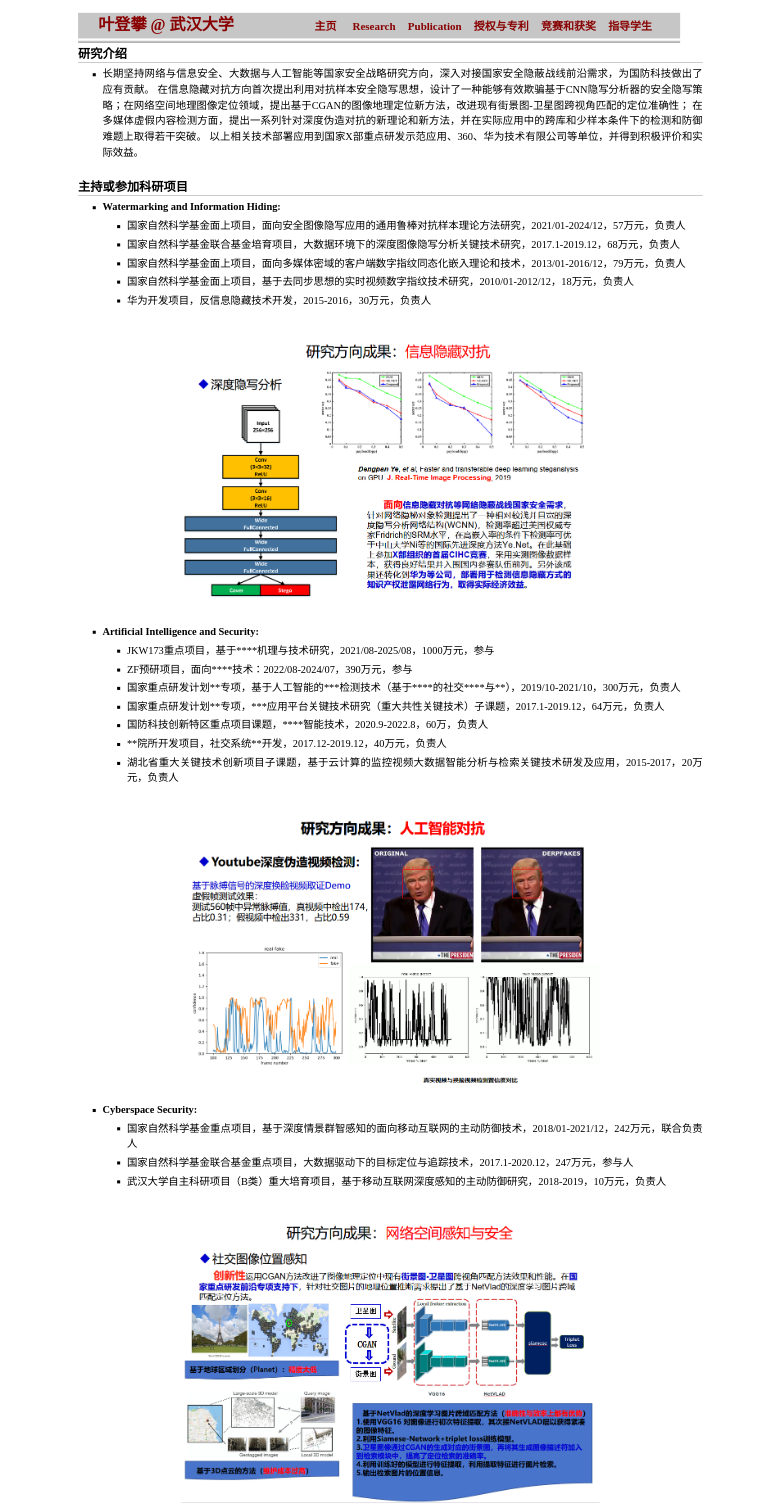
Repository: yedengpan/yedengpan.github.io
Page: research.html
An editor plug-in stored every save of this project. The page is shown before and after the next save, followed by the edit.
The browser window is 1280 px wide. The pictures show the whole page, at 61% of full size.

Above is the page before, as saved 2023-12-04 15:00:35.
Console error: SyntaxError: Unexpected token '%'

### research.html
<!DOCTYPE html PUBLIC "-//W3C//DTD XHTML 1.1//EN" "http://www.w3.org/TR/xhtml11/DTD/xhtml11.dtd">
<html xmlns="http://www.w3.org/1999/xhtml" xml:lang="en">
<head>
    <meta http-equiv="Content-Type" content="text/html; charset=UTF-8" />
    <meta name="generator" content="jemdoc, see http://jemdoc.jaboc.net/" />

    <link rel="stylesheet" href="./source_files/jemdoc.css" type="text/css" />
    <title>主持或参加科研项目</title>
    <script type="text/javascript" src="./source_files/jquery-1.12.4.min.js"></script>
    <script src="./source_files/main.js"></script>
    <title>插入图片</title>
    <style>
        .center-image {
            display: block;
            margin: 0 auto;
            width: 67%;
        }
    </style>

    <style>
        .container {
            display: flex;
            align-items: stretch;
        }

        .left-image {
            flex-basis: 70%; /* 左边图片占据 70% 的宽度 */
        }

        .right-images {
            flex-basis: 30%; /* 右边图片占据 30% 的宽度 */
            display: flex;
            flex-direction: column;
        }

        .right-image {
            flex-grow: 1;
            margin-bottom: 10px;
        }
    </style>

</head>
<body class="my-body">
    <div id="layout-content">

        <div id="toptitle">
            <h1 width=100% id="home">
                &nbsp;&nbsp;&nbsp;&nbsp;
                <font color="#880000">叶登攀 @ 武汉大学</font>
                &nbsp;&nbsp;&nbsp;&nbsp;&nbsp;&nbsp;&nbsp;&nbsp;&nbsp;&nbsp;&nbsp;&nbsp;&nbsp;&nbsp;&nbsp;&nbsp;&nbsp;&nbsp;
                <a href="./index.html"><font color="#880000" size="4.0px">主页</font></a>
                &nbsp;&nbsp;
                <a href="./research.html"><font color="#880000" size="4.0px">Research &nbsp;&nbsp;</font></a>
                <a href="./publication.html"><font color="#880000" size="4.0px">Publication &nbsp;&nbsp;</font></a>
                <a href="./patent.html"><font color="#880000" size="4.0px">授权与专利 &nbsp;&nbsp;</font></a>
                <a href="./awards.html"><font color="#880000" size="4.0px">竞赛和获奖 &nbsp;&nbsp;</font></a>
                <a href="./student.html"><font color="#880000" size="4.0px">指导学生 &nbsp;&nbsp;</font></a>                &nbsp;&nbsp;&nbsp;&nbsp;
            </h1>
        </div>

        <br /> <br />

        <h2>研究介绍</h2>

        <ul>
            <li>
                <p style="text-align:justify;">
                    长期坚持网络与信息安全、大数据与人工智能等国家安全战略研究方向，深入对接国家安全隐蔽战线前沿需求，为国防科技做出了应有贡献。
                    在信息隐藏对抗方向首次提出利用对抗样本安全隐写思想，设计了一种能够有效欺骗基于CNN隐写分析器的安全隐写策略；在网络空间地理图像定位领域，提出基于CGAN的图像地理定位新方法，改进现有街景图-卫星图跨视角匹配的定位准确性；
                    在多媒体虚假内容检测方面，提出一系列针对深度伪造对抗的新理论和新方法，并在实际应用中的跨库和少样本条件下的检测和防御难题上取得若干突破。
                    以上相关技术部署应用到国家X部重点研发示范应用、360、华为技术有限公司等单位，并得到积极评价和实际效益。

                </p>
            </li>
        </ul>



        <h2>主持或参加科研项目</h2>
        <ul>
            <!--            <li><p style="text-align:justify;"><b>Image Processing and Steganalysis:</b></p></li>
        -->
            <li><p style="text-align:justify;"><b>Watermarking and Information Hiding:</b></p></li>
            <ul>
                <li><p style="text-align:justify;"> 国家自然科学基金面上项目，面向安全图像隐写应用的通用鲁棒对抗样本理论方法研究，2021/01-2024/12，57万元，负责人</p></li>
                <li><p style="text-align:justify;"> 国家自然科学基金联合基金培育项目，大数据环境下的深度图像隐写分析关键技术研究，2017.1-2019.12，68万元，负责人</p></li>
                <li><p style="text-align:justify;"> 国家自然科学基金面上项目，面向多媒体密域的客户端数字指纹同态化嵌入理论和技术，2013/01-2016/12，79万元，负责人</p></li>
                <li><p style="text-align:justify;"> 国家自然科学基金面上项目，基于去同步思想的实时视频数字指纹技术研究，2010/01-2012/12，18万元，负责人</p></li>

                <li><p style="text-align:justify;"> 华为开发项目，反信息隐藏技术开发，2015-2016，30万元，负责人</p></li>
            </ul>
        </ul>
        <img class="center-image" src="./source_files/111.png" alt="information_hiding" />

        <ul>
            <li><p style="text-align:justify;"><b>Artificial Intelligence and Security:</b></p></li>
            <ul>
                <li><p style="text-align:justify;"> JKW173重点项目，基于****机理与技术研究，2021/08-2025/08，1000万元，参与</p></li>
                <li><p style="text-align:justify;"> ZF预研项目，面向****技术：2022/08-2024/07，390万元，参与</p></li>
                <li><p style="text-align:justify;"> 国家重点研发计划**专项，基于人工智能的***检测技术（基于****的社交****与**），2019/10-2021/10，300万元，负责人</p></li>

                <li><p style="text-align:justify;"> 国家重点研发计划**专项，***应用平台关键技术研究（重大共性关键技术）子课题，2017.1-2019.12，64万元，负责人</p></li>
                <li><p style="text-align:justify;"> 国防科技创新特区重点项目课题，****智能技术，2020.9-2022.8，60万，负责人</p></li>
                <li><p style="text-align:justify;"> **院所开发项目，社交系统**开发，2017.12-2019.12，40万元，负责人</p></li>

                <li><p style="text-align:justify;"> 湖北省重大关键技术创新项目子课题，基于云计算的监控视频大数据智能分析与检索关键技术研发及应用，2015-2017，20万元，负责人</p></li>
            </ul>
        </ul>
        <img class="center-image" src="./source_files/222.png" alt="artificial_security" />

        <ul>
            <li><p style="text-align:justify;"><b> Cyberspace Security:</b></p></li>
            <ul>
                <li><p style="text-align:justify;"> 国家自然科学基金重点项目，基于深度情景群智感知的面向移动互联网的主动防御技术，2018/01-2021/12，242万元，联合负责人</p></li>
                <li><p style="text-align:justify;"> 国家自然科学基金联合基金重点项目，大数据驱动下的目标定位与追踪技术，2017.1-2020.12，247万元，参与人</p></li>
                <li><p style="text-align:justify;"> 武汉大学自主科研项目（B类）重大培育项目，基于移动互联网深度感知的主动防御研究，2018-2019，10万元，负责人</p></li>

            </ul>
        </ul>
        <img class="center-image" src="./source_files/333.png" alt="cyberspace_security" />

    </div>
</body>
</html>

### source_files/jemdoc.css
/* Default css file for jemdoc. */

table#tlayout {
    border: none;
    border-collapse: separate;
    background: white;
}

/*body.my-body {
	background: white;*/
	/*	font-family: Georgia, serif;*/
	/*font-family: "Times New Roman", Sans-serif, Serif, Arial, Helvetica, sans-serif;
	padding-bottom: 8px;
	margin: 0;
	text-align: center;
}*/


/* 设置英文文字的字体样式 */
:lang(en) {
	font-family: "Arial", sans-serif;
}

/* 排除其他语言的文字样式设置 */
:not(:lang(en)) {
	font-family: inherit;
}


#layout-menu {
	background: #f6f6f6;
	border: 1px solid #dddddd;
	padding-top: 0.5em;
	padding-left: 8px;
	padding-right: 8px;
	font-size: 1.0em;
	width: auto;
	white-space: nowrap;
    text-align: left;
    vertical-align: top;
}

#layout-menu td {
	background: #f4f4f4;
    vertical-align: top;
}

#layout-content {
	padding-top: 0.0em;
	padding-left: 1.0em;
	padding-right: 1.0em;
    border: none;
    background: white;
    text-align: left;
    vertical-align: top;
    /* width:950px; */
    width:1024px;
	/* width:1024px; */
    margin: auto;
}

#layout-menu a {
	line-height: 1.5em;
	margin-left: 0.5em;
}

tt {
    background: #ffffdd;
}

pre, tt {
	font-size: 90%;
	font-family: monaco, monospace;
}

a, a > tt {
	/*color: #0000FF;*/
  color: #0055AA;
	text-decoration: none;
}

a:hover {
	border-bottom: 1px gray dotted;
}

#layout-menu a.current:link, #layout-menu a.current:visited {
	color: #022b6d;
	border-bottom: 1px gray solid;
}
#layout-menu a:link, #layout-menu a:visited, #layout-menu a:hover {
	color: #527bbd;
	text-decoration: none;
}
#layout-menu a:hover {
	text-decoration: none;
}

div.menu-category {
	border-bottom: 1px solid gray;
	margin-top: 0.8em;
	padding-top: 0.2em;
	padding-bottom: 0.1em;
	font-weight: bold;
}

div.menu-item {
	padding-left: 16px;
	text-indent: -16px;
}

div#toptitle {
	padding-bottom: 0.2em;
	margin-bottom: 1.5em;
	border-bottom: 3px double gray;
  position:fixed;

}

/* Reduce space if we begin the page with a title. */
div#toptitle + h2, div#toptitle + h3 {
	margin-top: -0.7em;
}

div#subtitle {
	margin-top: 0.0em;
	margin-bottom: 0.0em;
	padding-top: 0em;
	padding-bottom: 0.1em;
}

em {
	font-style: italic;
}

strong {
	font-weight: bold;
}


h1, h2, h3 {
	color: #000000;
	margin-top: 0.9em;
	margin-bottom: 0.3em;
	padding-bottom: 0.2em;
	line-height: 1.0;
	padding-top: 0.5em;
	border-bottom: 1px solid #aaaaaa;
}

h1 {
	font-size: 165%;
  /*background: #003366;*/
  background: #C7C6C6;
  line-height: 1.5;
}

h2 {
	padding-top: 0.8em;
	font-size: 125%;
}

h2 + h3 {
    padding-top: 0.2em;
}

h3 {
	font-size: 110%;
	border-bottom: none;
}

p {
	margin-top: 0.0em;
	margin-bottom: 0.8em;
	padding: 0;
	line-height: 1.5;
  /*size of font in body*/
  font-size: 17px;
}

pre {
	padding: 0;
	margin: 0;
}

div#footer {
	font-size: small;
	border-top: 1px solid #c0c0c0;
	padding-top: 0.1em;
	margin-top: 4.0em;
	color: #c0c0c0;
}

div#footer a {
	color: #80a0b0;
}

div#footer-text {
	float: left;
	padding-bottom: 8px;
}

ul, ol, dl {
	margin-top: 0.2em;
	padding-top: 0;
	margin-bottom: 0.8em;
}

dt {
	margin-top: 0.5em;
	margin-bottom: 0;
}

dl {
	margin-left: 20px;
}

dd {
	color: #222222;
}

dd > *:first-child {
	margin-top: 0;
}

ul {
	list-style-position: outside;
	list-style-type: square;
}

p + ul, p + ol {
	margin-top: -0.5em;
}

li ul, li ol {
	margin-top: -0.3em;
}

ol {
	list-style-position: outside;
	list-style-type: decimal;
}

li p, dd p {
	margin-bottom: 0.3em;
}


ol ol {
	list-style-type: lower-alpha;
}

ol ol ol {
	list-style-type: lower-roman;
}

p + div.codeblock {
	margin-top: -0.6em;
}

div.codeblock, div.infoblock {
	margin-right: 0%;
	margin-top: 1.2em;
	margin-bottom: 1.3em;
}

div.blocktitle {
	font-weight: bold;
	color: #cd7b62;
	margin-top: 1.2em;
	margin-bottom: 0.1em;
}

div.blockcontent {
	border: 1px solid silver;
	padding: 0.3em 0.5em;
}

div.infoblock > div.blockcontent {
	background: #ffffee;
}

div.blockcontent p + ul, div.blockcontent p + ol {
	margin-top: 0.4em;
}

div.infoblock p {
	margin-bottom: 0em;
}

div.infoblock li p, div.infoblock dd p {
	margin-bottom: 0.5em;
}

div.infoblock p + p {
	margin-top: 0.8em;
}

div.codeblock > div.blockcontent {
	background: #f6f6f6;
}

span.pycommand {
	color: #000070;
}

span.statement {
	color: #008800;
}
span.builtin {
	color: #000088;
}
span.special {
	color: #990000;
}
span.operator {
	color: #880000;
}
span.error {
	color: #aa0000;
}
span.comment, span.comment > *, span.string, span.string > * {
	color: #606060;
}

@media print {
	#layout-menu { display: none; }
}

#fwtitle {
	margin: 2px;
}

#fwtitle #toptitle {
	padding-left: 0.5em;
	margin-bottom: 0.5em;
}

#layout-content h1:first-child, #layout-content h2:first-child, #layout-content h3:first-child {
	margin-top: -0.7em;
}

div#toptitle h1, #layout-content div#toptitle h1 {
	margin-bottom: 0.0em;
	padding-bottom: 0.1em;
	padding-top: 0;
	margin-top: 0.5em;
	border-bottom: none;
}

img.eq {
	padding: 0;
	padding-left: 0.1em;
	padding-right: 0.1em;
	margin: 0;
}

img.eqwl {
	padding-left: 2em;
	padding-top: 0.6em;
	padding-bottom: 0.2em;
	margin: 0;
}

table {
    border: 2px solid black;
    border-collapse: collapse;
}

td {
    padding: 2px;
    padding-left: 0.5em;
    padding-right: 0.5em;
    text-align: center;
    border: 1px solid gray;
}

table + table {
    margin-top: 1em;
}

tr.heading {
    font-weight: bold;
    border-bottom: 2px solid black;
}

img {
    border: none;
}

table.imgtable, table.imgtable td {
    border: none;
    text-align: left;
    padding-top: 4em;
}

### static/js/main.js
---
---
$(function() {
  deadlineByConf = {};

  {% for conf in site.data.conferences %}
  {% assign conf_id = conf.name | append: conf.year | slugify %}
  {% if conf.deadline == "TBA" %}
  $('#{{ conf_id }} .timer').html("TBA");
  $('#{{ conf_id }} .deadline-time').html("TBA");
  deadlineByConf["{{ conf_id }}"] = null;

  {% else %}
  var rawDeadlines = {{ conf.deadline | jsonify }} || [];
  if (rawDeadlines.constructor !== Array) {
    rawDeadlines = [rawDeadlines];
  }
  var parsedDeadlines = [];
  while (rawDeadlines.length > 0) {
    var rawDeadline = rawDeadlines.pop();
    // check if date is template
    if (rawDeadline.indexOf('%m') >= 0) {
      for (var m = 1; m <= 12; m++) {
        rawDeadlines.push(rawDeadline.replace('%m', m < 10 ? '0' + m : m));
      }
    } else if (rawDeadline.indexOf('%y') >= 0) {
      year = parseInt(moment().year());
      rawDeadlines.push(rawDeadline.replace('%y', year));
      rawDeadlines.push(rawDeadline.replace('%y', year + 1));

    } else {
      // adjust date according to deadline timezone
      {% if conf.timezone %}
      var deadline = moment.tz(rawDeadline, "{{ conf.timezone }}");
      {% else %}
      var deadline = moment.tz(rawDeadline, "Etc/GMT+12"); // Anywhere on Earth
      {% endif %}

      // post-process date
      if (deadline.minutes() === 0) {
        deadline.subtract(1, 'seconds');
      }
      if (deadline.minutes() === 59) {
        deadline.seconds(59);
      }
      parsedDeadlines.push(deadline);
    }
  }

  // check which deadline is closest
  var confDeadline = parsedDeadlines[0];
  var today = moment();
  for (var i = 1; i < parsedDeadlines.length; i++) {
    deadlineCandidate = parsedDeadlines[i];
    if ((today.diff(deadlineCandidate) < 0 && today.diff(deadlineCandidate) > today.diff(confDeadline))) {
      confDeadline = deadlineCandidate;
    }
  }

  // render countdown timer
  if (confDeadline) {
    function make_update_countdown_fn(confDeadline) {
      return function(event) {
        diff = moment() - confDeadline
        if (diff <= 0) {
           $(this).html(event.strftime('%D days %Hh %Mm %Ss'));
        } else {
          $(this).html(confDeadline.fromNow());
        }
      }
    }
    $('#{{ conf_id }} .timer').countdown(confDeadline.toDate(), make_update_countdown_fn(confDeadline));
    // check if date has passed, add 'past' class to it
    if (moment() - confDeadline > 0) {
      $('#{{ conf_id }}').addClass('past');
    }
    $('#{{ conf_id }} .deadline-time').html(confDeadline.local().format('D MMM YYYY, h:mm:ss a'));
    deadlineByConf["{{ conf_id }}"] = confDeadline;
  }
  {% endif %}
  {% endfor %}

  // Reorder list
  confs = $('.conf');
  confs.detach().sort(function(a, b) {
    var today = moment();
    var a = deadlineByConf[a.id];
    var b = deadlineByConf[b.id];
    var diff1 = today.diff(a)
    var diff2 = today.diff(b)
    if (a == null && b == null) {
      return 0;
    }
    if (a == null && diff2 > 0) {
      return -1;
    }
    if (a == null && diff2 < 0) {
      return +1;
    }
    if (b == null && diff1 > 0) {
      return +1;
    }
    if (b == null && diff1 < 0) {
      return -1;
    }
    if (diff1 < 0 && diff2 > 0) {
      return -1;
    }
    if (diff1 > 0 && diff2 < 0) {
      return +1;
    }
    if (diff1 < 0 && diff2 < 0) {
      return -1 ? diff1 < diff2 : +1;
    }
    if (diff1 > 0 && diff2 > 0) {
      return -1 ? a < b : +1;
    }
  });
  $('.conf-container').append(confs);

  // Set checkboxes
  var conf_type_data = {{ site.data.types | jsonify }};
  var all_tags = [];
  var toggle_status = {};
  for (var i = 0; i < conf_type_data.length; i++) {
    all_tags[i] = conf_type_data[i]['tag'];
    toggle_status[all_tags[i]] = false;
  }
  var tags = store.get('{{ site.domain }}');
  if (tags === undefined) {
    tags = all_tags;
  }
  for (var i = 0; i < tags.length; i++) {
    $('#' + tags[i] + '-checkbox').prop('checked', true);
    toggle_status[tags[i]] = true;
  }
  store.set('{{ site.domain }}', tags);

  function update_conf_list() {
    confs.each(function(i, conf) {
      var conf = $(conf);
      var show = false;
      for (var i = 0; i < all_tags.length; i++) {
        if(conf.hasClass(all_tags[i])) {
          show = show | toggle_status[all_tags[i]];
        }
      }
      if (show) {
        conf.show();
      } else {
        conf.hide()
      }
    });
  }
  update_conf_list();

  // Event handler on checkbox change
  $('form :checkbox').change(function(e) {
    var checked = $(this).is(':checked');
    var tag = $(this).prop('id').slice(0, -9);
    toggle_status[tag] = checked;

    if (checked == true) {
      if (tags.indexOf(tag) < 0)
        tags.push(tag);
    }
    else {
      var idx = tags.indexOf(tag);
      if (idx >= 0)
        tags.splice(idx, 1);
    }
    store.set('{{ site.domain }}', tags);
    update_conf_list();
  });
});

Loaded but not shown: source_files/jquery-1.12.4.min.js (library)

After the next save:
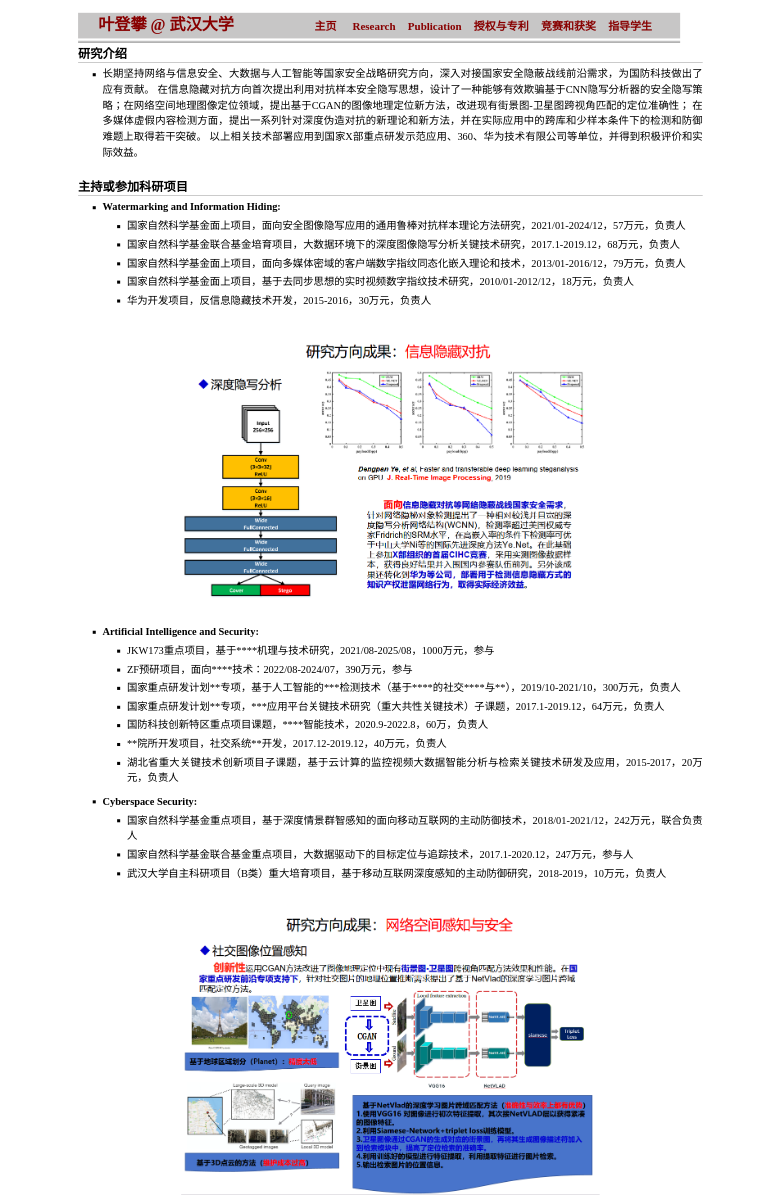
Saved 2 min 35 s later.
--- a/research.html
+++ b/research.html
@@ -106,7 +106,7 @@
                 <li><p style="text-align:justify;"> 湖北省重大关键技术创新项目子课题，基于云计算的监控视频大数据智能分析与检索关键技术研发及应用，2015-2017，20万元，负责人</p></li>
             </ul>
         </ul>
-        <img class="center-image" src="./source_files/222.png" alt="artificial_security" />
+        <!-- <img class="center-image" src="./source_files/222.png" alt="artificial_security" /> -->
 
         <ul>
             <li><p style="text-align:justify;"><b> Cyberspace Security:</b></p></li>
